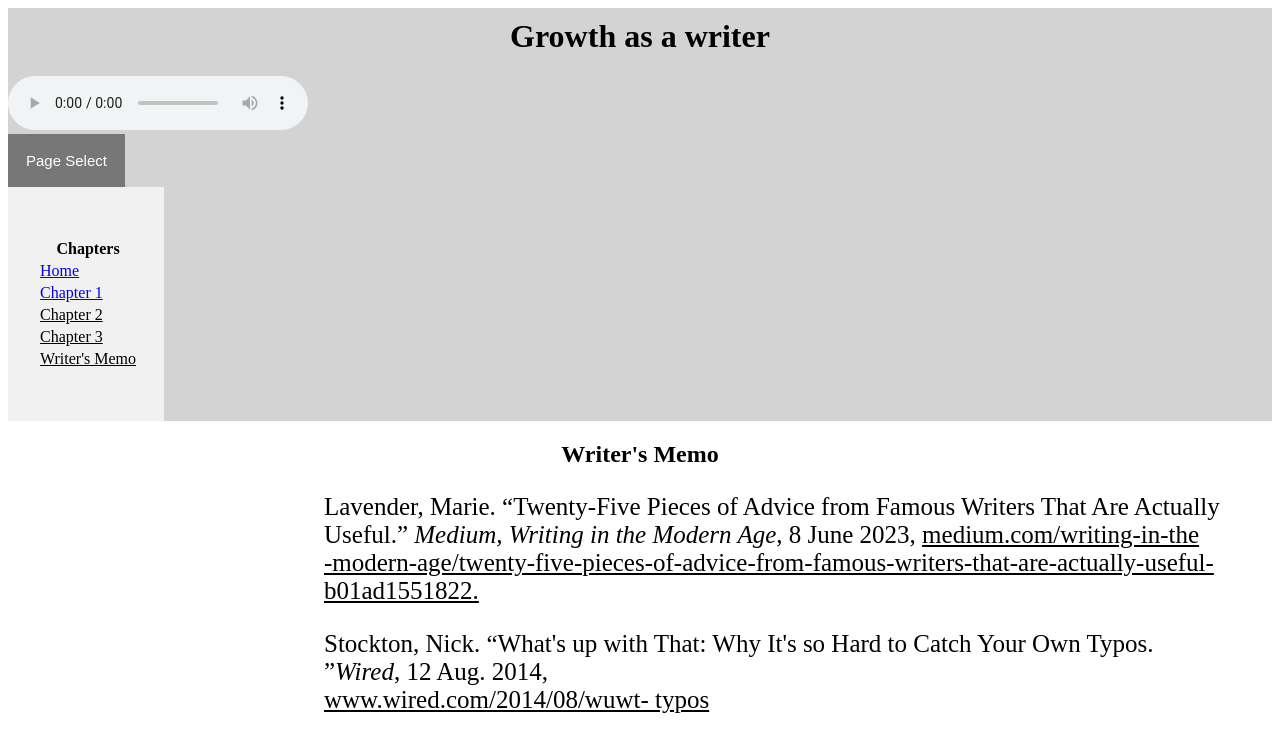
Repository: jpaisiem/WP-4
Page: WorksCited.html
These files come from the project's save history. The page is drawn as it stood at one moment and after a run of saves; the edit follows.
The browser window is 1280 px wide. The pictures show the whole page.

Above is the page before, as saved 2025-05-01 12:16:06.
Console error: TypeError: Cannot read properties of undefined (reading 'toggle')

After the next 2 saves:
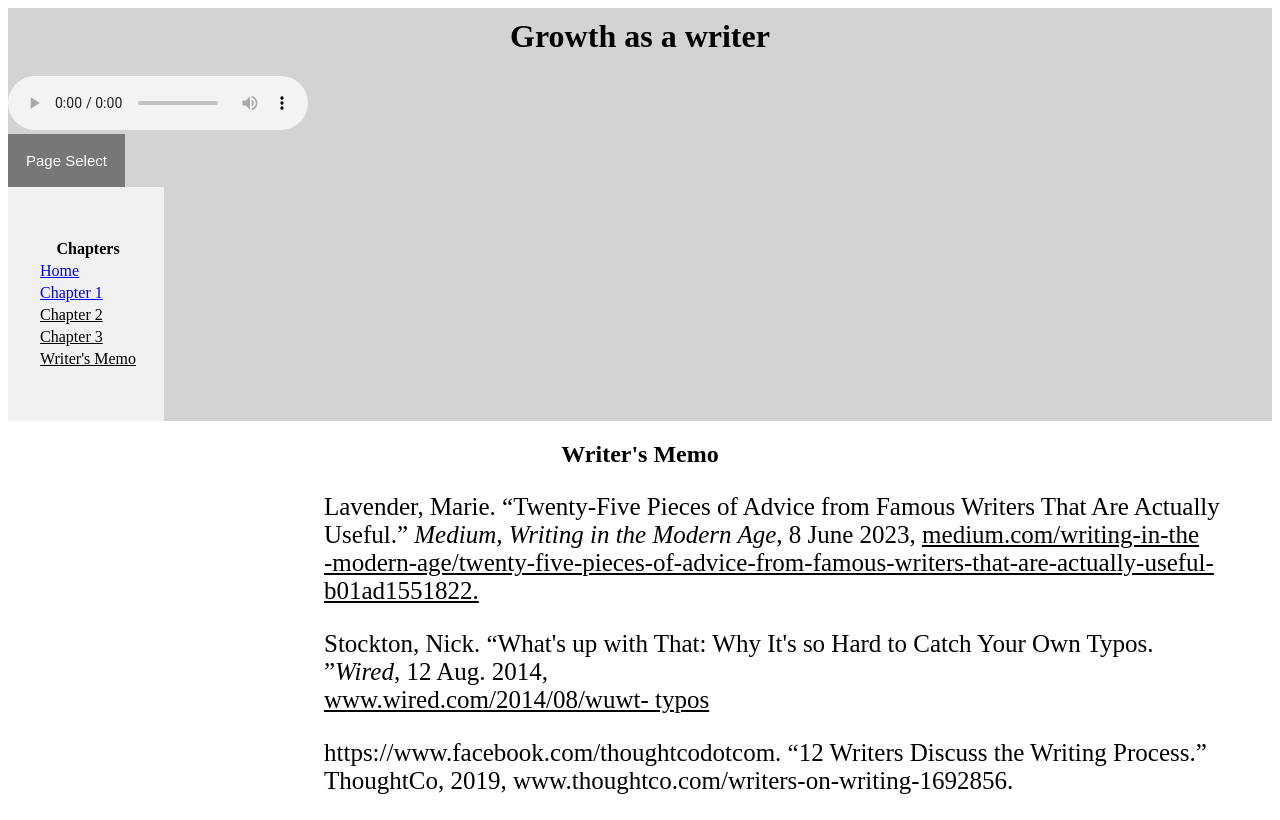
The 2 saves are shown as one change because they came seconds apart.
The last was saved 42 s later.
--- a/WorksCited.html
+++ b/WorksCited.html
@@ -90,6 +90,11 @@ li
      Typos.<br></q><i>Wired</i>, 12 Aug. 2014, <br><u>www.wired.com/2014/08/wuwt-
      typos</u><br>
 </p>
+<p>
+  https://www.facebook.com/thoughtcodotcom. “12 Writers Discuss the Writing Process.” ThoughtCo, 2019, www.thoughtco.com/writers-on-writing-1692856.
+
+‌
+</p>
 </div>
 <script>
 var coll = document.getElementsByClassName("collapsible");
